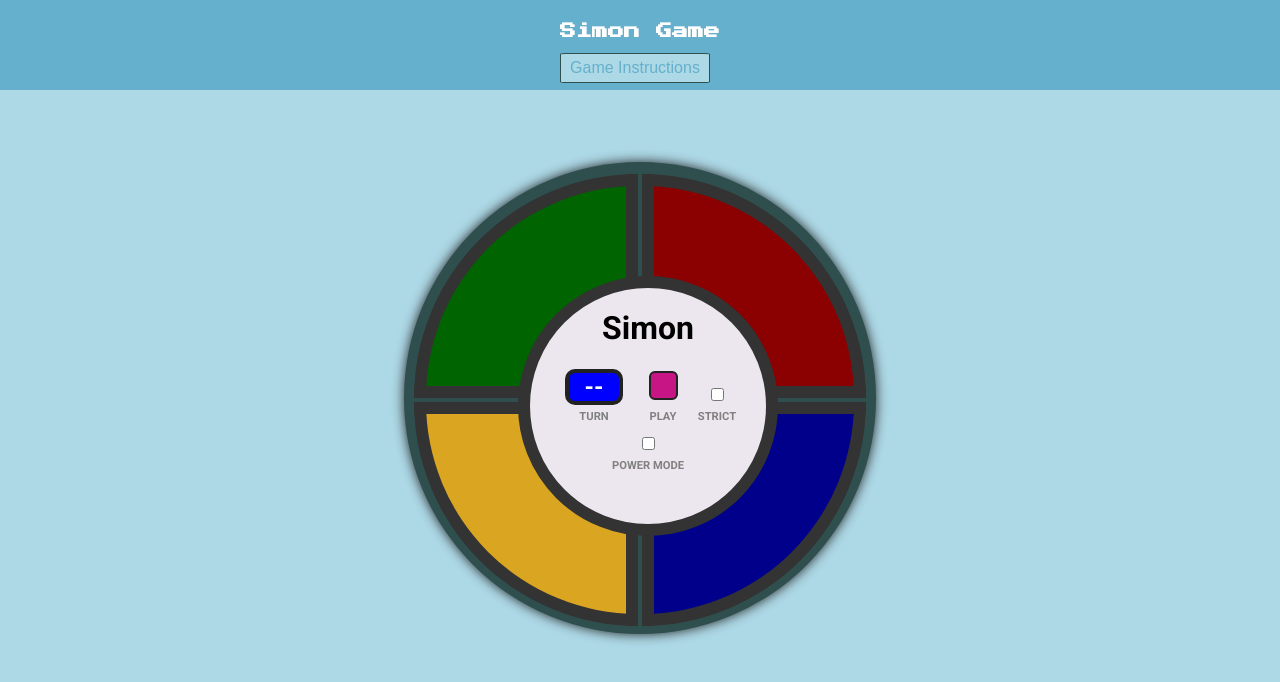
Repository: bbarbara19/memorygame
Page: index.html
The author's editor kept a record of every edit. The page is drawn from the files as they stood at one moment, then again after the next edit.
The browser window is 1280 px wide. The pictures show the whole page.
The pointer rests on the first visible `.btn-GameHelp`.

Above is the page before.

After the next edit:
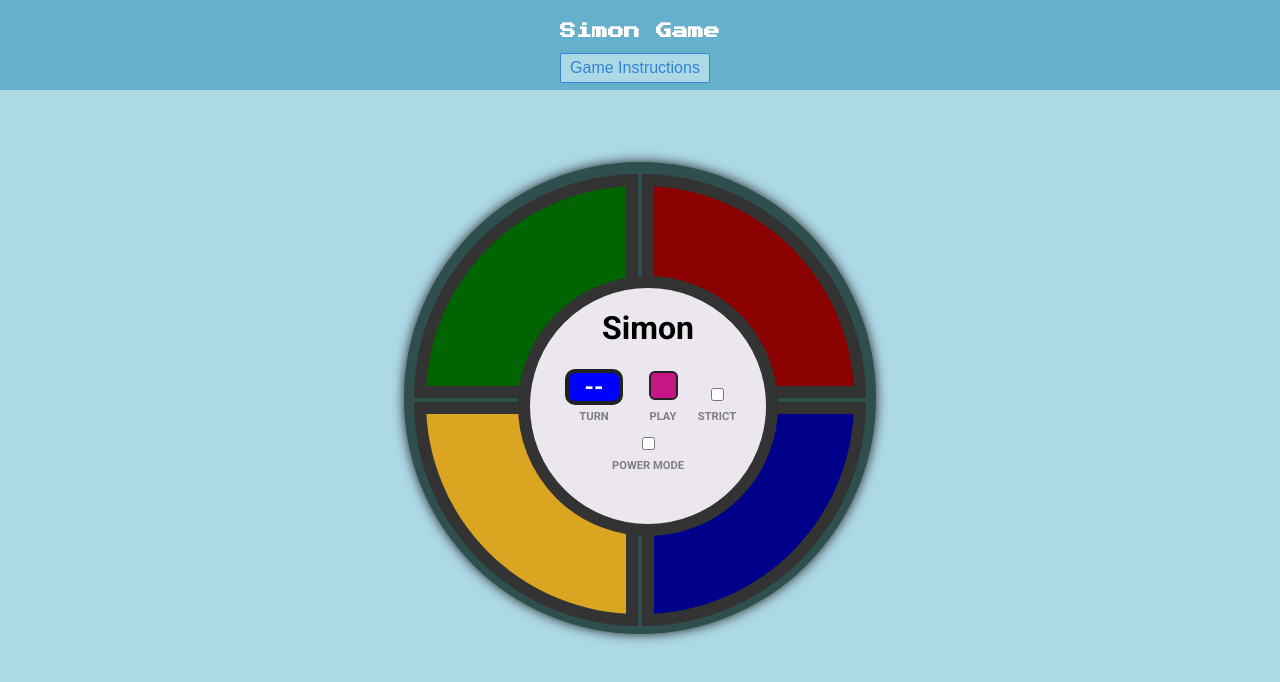
The edit:
--- a/style.css
+++ b/style.css
@@ -28,8 +28,9 @@
 
 .btn-GameHelp:hover {
   background-color: LightBlue;
-  color:#65b0cc;
-  border: solid 1px darkslategray;
+  color:#3085d6;
+  border: solid 1px  #3085d6;
+  #3085d6
 }
 
 .btn-wrap {
